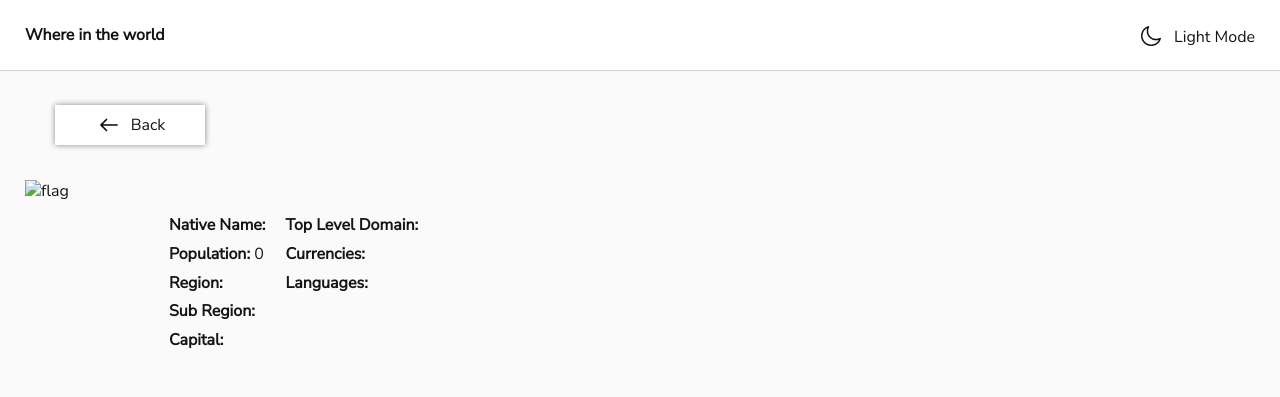
Repository: faithandjs/rest-countries-api
Page: /details
These files come from the project's save history. The page is drawn as it stood at one moment and after the next save; the edit follows.
The browser window is 1280 px wide. The pictures show the whole page.
The page's requests for data from a server got no answer. The project was rebuilt for these pictures with package versions that can differ from the ones it lists, and the page was loaded fresh each time. No one was signed in, and anything a server would have sent is missing. Also part of the build but not shown: src/components/home.tsx.

Above is the page before, as saved 2022-04-16 20:25:55.

After the next save:
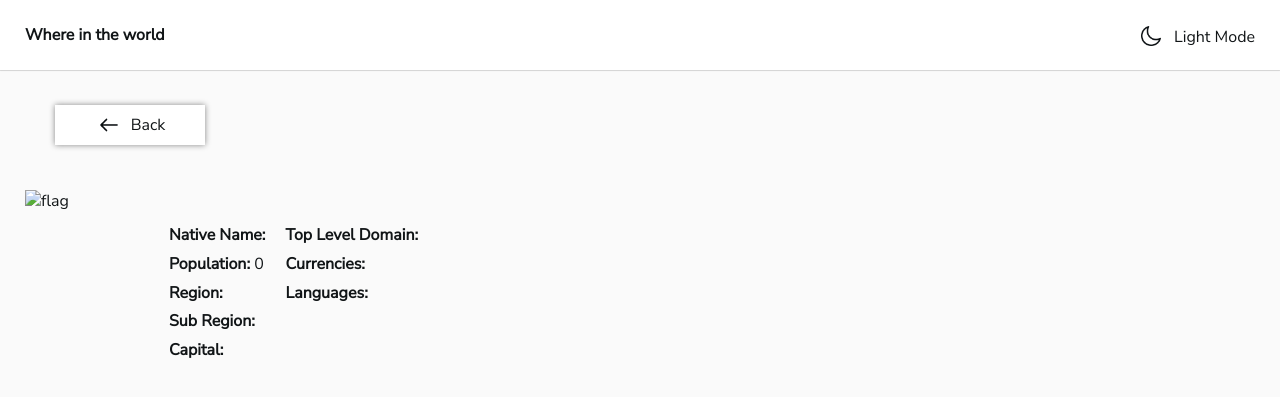
Saved 7 s later.
--- a/src/components/style/style.scss
+++ b/src/components/style/style.scss
@@ -87,7 +87,7 @@ $shadow: 0px 0px 1px 0.2px ;
     .back{
         width: 150px;
         height: 40px;
-        margin: 35px 0 35px 30px;
+        margin: 35px 0 45px 30px;
         text-align: center;
         display: flex;
         justify-content: center;
